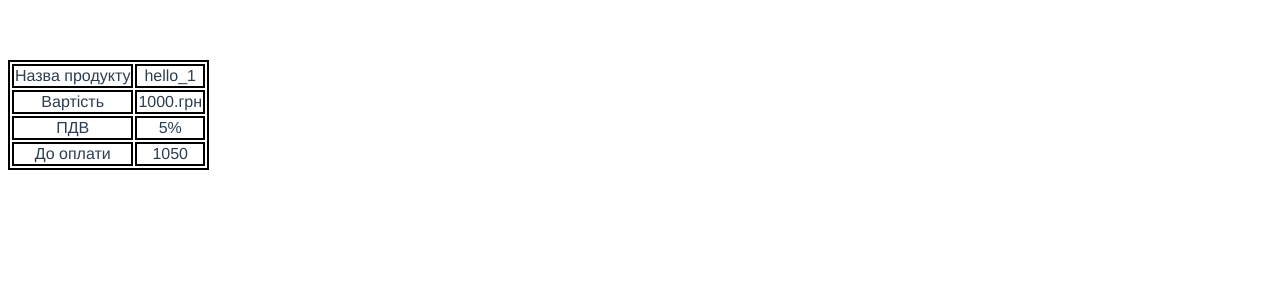
Repository: AnatoliyZaporozhets/HomeTask
Page: / (app in HomeWork_1/)
The author's editor kept a copy of each file at every save. The page is drawn from the files as they stood at one save, then again after the next save.
The browser window is 1280 px wide. The pictures show the whole page.
The project was rebuilt for these pictures with package versions that can differ from the ones it lists, and the page was loaded fresh each time.

Above is the page before, as saved 2022-04-08 15:57:46.

### HomeWork_1/src/App.vue
<template>
  <div>
    <!-- <img alt="Vue logo" src="./assets/logo.png" /> -->
    <!-- 3. Використовуємо -->
    <products-list :product-list-data="listData" />
  </div>
</template>

<script>
//1.Імпортуємо компонент
import ProductsList from './components/ProductsList'
export default {
  name: 'App',
  components: {
    //2.Реєструємо
    ProductsList,
  },

  data() {
    return {
      listData: [
        {
          id: 1,
          productName: 'hello_1',
          price: 1000,

        },
      ],
    }
  },
}
</script>

<style>
#app {
  font-family: Avenir, Helvetica, Arial, sans-serif;
  -webkit-font-smoothing: antialiased;
  -moz-osx-font-smoothing: grayscale;
  text-align: center;
  color: #2c3e50;
  margin-top: 60px;
}
</style>

### HomeWork_1/src/components/ProductsList/index.vue
<template>
  <div class="list-container">
    <product-card
      v-for="product in productListData"
      :key="product.id"
      :productName="product.productName"
      :price="product.price"
      :pdv="product.pdv"
    />
  </div>
</template>

<script>
import ProductCard from './ProductCard'
export default {
  name: 'ProductList',

  components: {
    ProductCard,
  },

  props: {
    productListData: {
      type: Array,
      default: () => [], //Якщо об"єкт - то функція, що повертає значення
    },
  },
}
</script>

<style lang="css" scoped>
.list-container {
  display: flex;
}
</style>

### HomeWork_1/src/components/ProductsList/ProductCard/index.vue
<template>
  <div class="container">
    <table>
        <tr>
            <td>Назва продукту</td>
            <td>{{productName}}</td>
        </tr>
        <tr>
            <td>Вартість</td>
            <td>{{price}}.грн</td>
        </tr>
        <tr>
            <td>ПДВ</td>
            <td>{{pdv}}%</td>
        </tr>
        <tr>
            <td>До оплати</td>
            <td>{{ (price*((100+pdv)/100))}}</td>
        </tr>
    </table>
  </div>
</template>

<script>
export default {
  name: 'ProductCard',

  props: {
    productName: {
      type: String,
      required: true,
    },
    price: {
      type: Number,
      required: true,
    },
    pdv: {
      type: Number,
      default: 5, //Обов"язковий параметр
    },
  },
}
</script>

<style lang="css" scoped>
.container{
    border: 2px solid black;
}
td{
  border: 2px solid black;
}
</style>

Loaded but not shown: HomeWork_1/public/index.html (common file); HomeWork_1/src/main.js (common file)

After the next save:
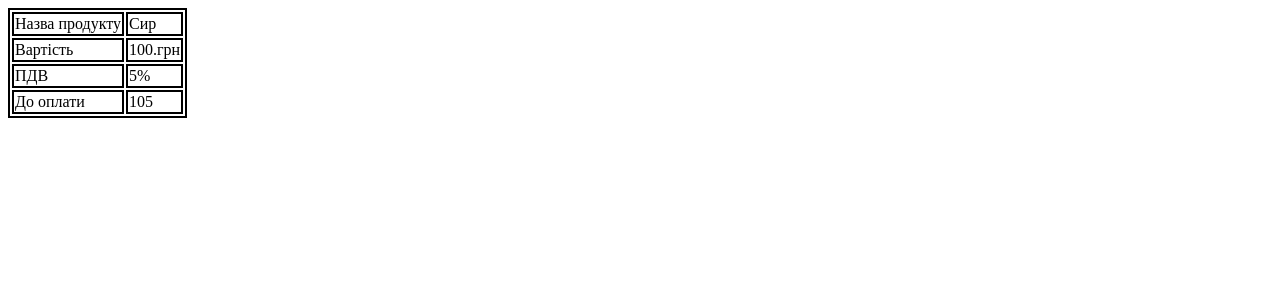
Saved 83 s later.
--- a/HomeWork_1/src/App.vue
+++ b/HomeWork_1/src/App.vue
@@ -21,8 +21,8 @@ export default {
       listData: [
         {
           id: 1,
-          productName: 'hello_1',
-          price: 1000,
+          productName: 'Сир',
+          price: 100,
 
         },
       ],
@@ -32,12 +32,12 @@ export default {
 </script>
 
 <style>
-#app {
+/* #app {
   font-family: Avenir, Helvetica, Arial, sans-serif;
   -webkit-font-smoothing: antialiased;
   -moz-osx-font-smoothing: grayscale;
   text-align: center;
   color: #2c3e50;
   margin-top: 60px;
-}
+} */
 </style>
